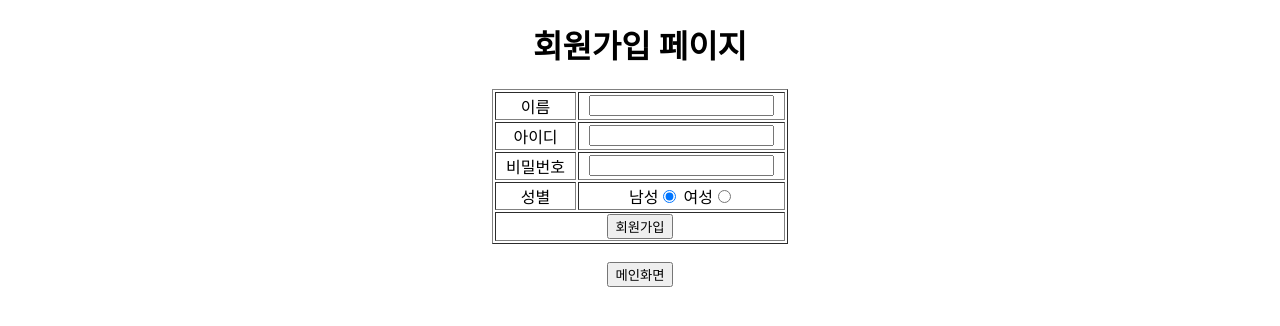
Repository: jjuhye/JSPWorkspace
Page: http://localhost/basic/05_memberLogin/03_11_joinForm.jsp
An editor plug-in stored every save of this project. The page is shown before and after the next save, followed by the edit.
The browser window is 1280 px wide. The pictures show the whole page.
The page is served by Tomcat 9.

Above is the page before, as saved 2023-02-23 03:57:48.

After the next save:
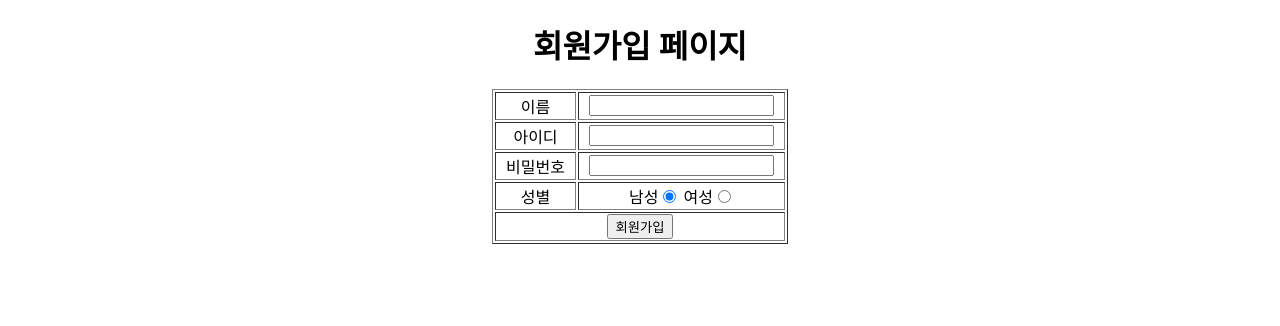
Saved 88 s later.
--- a/basic/src/main/webapp/05_memberLogin/03_11_joinForm.jsp
+++ b/basic/src/main/webapp/05_memberLogin/03_11_joinForm.jsp
@@ -32,7 +32,7 @@
 		        여성<input type="radio" name="newGen" value="f"></td>
 		    </tr>
 		    <tr>
-		    <td colspan="2"><input type="submit" value="회원가입"></td>
+		    <td colspan="2"><input type="submit" value="회원가입" formaction="03_12_joinPro.jsp></td>
 		    </tr>
 		</table>
 		<br>

After the save that followed:
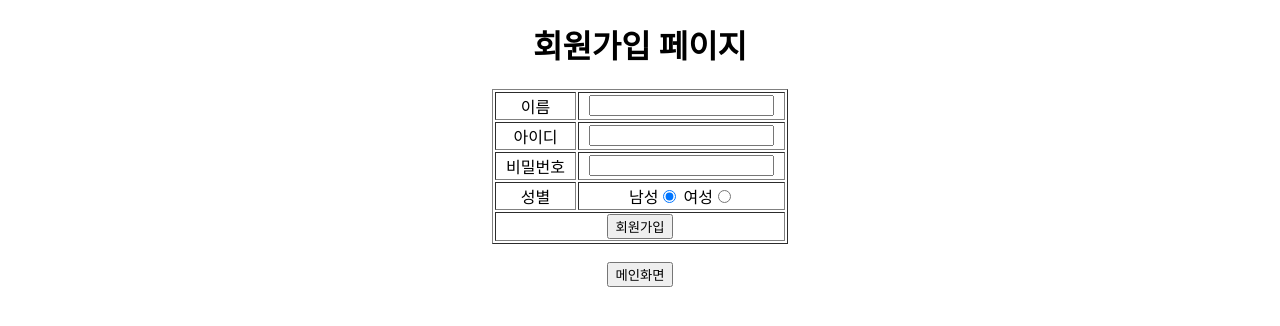
Saved 27 s later.
--- a/basic/src/main/webapp/05_memberLogin/03_11_joinForm.jsp
+++ b/basic/src/main/webapp/05_memberLogin/03_11_joinForm.jsp
@@ -32,7 +32,7 @@
 		        여성<input type="radio" name="newGen" value="f"></td>
 		    </tr>
 		    <tr>
-		    <td colspan="2"><input type="submit" value="회원가입" formaction="03_12_joinPro.jsp></td>
+		    <td colspan="2"><input type="submit" value="회원가입"></td>
 		    </tr>
 		</table>
 		<br>
